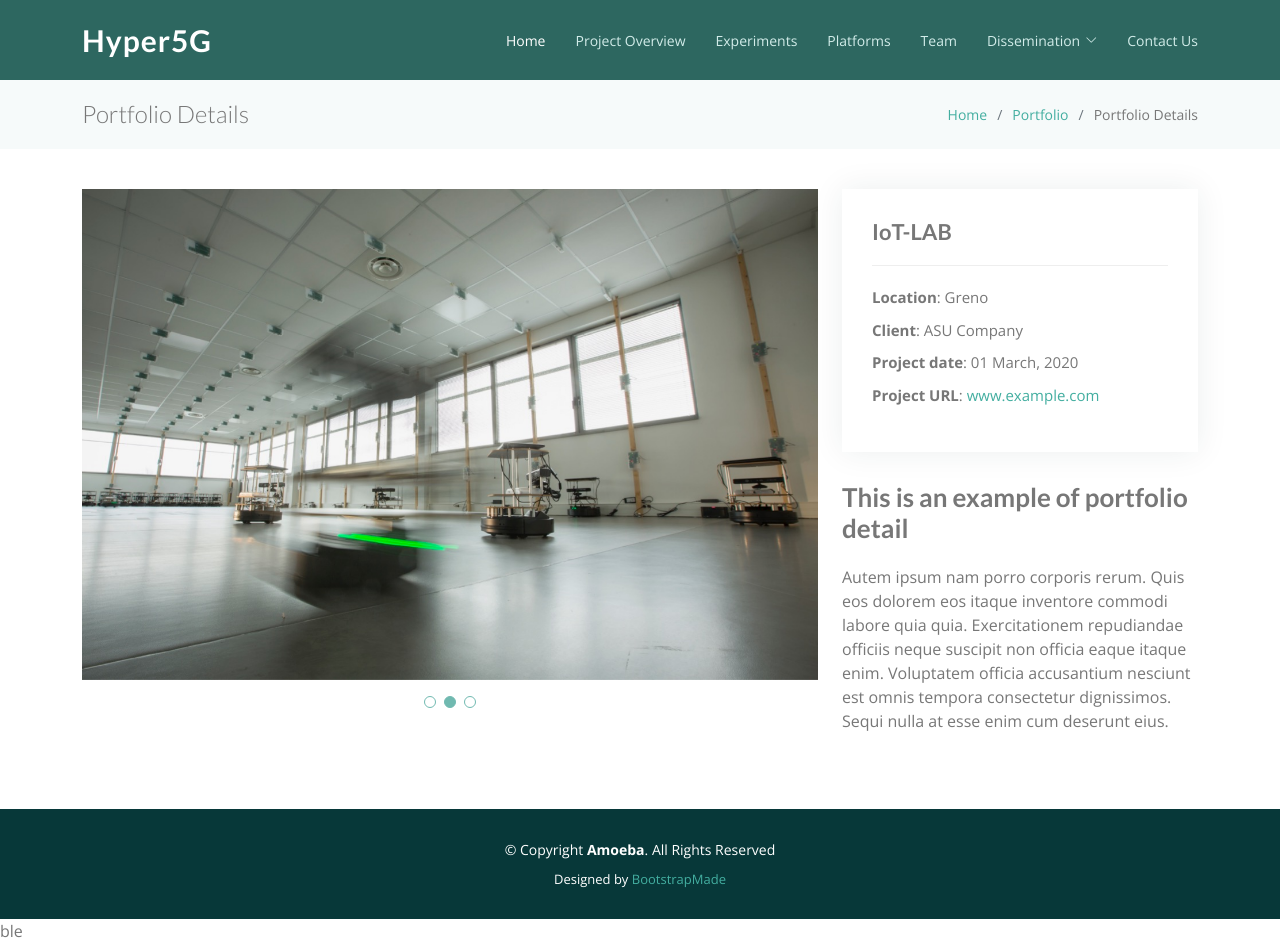
Repository: hakiri/Hyper5G
Page: portfolio-details.html
The author's editor kept a copy of each file at every save. The page is drawn from the files as they stood at one save, then again after the next save.
The browser window is 1280 px wide. The pictures show the whole page.

Above is the page before, as saved 2022-07-23 15:26:25.

### portfolio-details.html
<!DOCTYPE html>
<html lang="en">

<head>
    <meta charset="utf-8">
    <meta content="width=device-width, initial-scale=1.0" name="viewport">

    <title>Hyper5G</title>
    <meta content="" name="description">
    <meta content="" name="keywords">

    <!-- Favicons -->
    <link href="assets/img/favicon.png" rel="icon">
    <link href="assets/img/apple-touch-icon.png" rel="apple-touch-icon">

    <!-- Google Fonts -->
    <link href="https://fonts.googleapis.com/css?family=Open+Sans:300,300i,400,400i,600,600i,700,700i|Lato:400,300,700,900" rel="stylesheet">

    <!-- Vendor CSS Files -->
    <link href="assets/vendor/bootstrap/css/bootstrap.min.css" rel="stylesheet">
    <link href="assets/vendor/bootstrap-icons/bootstrap-icons.css" rel="stylesheet">
    <link href="assets/vendor/glightbox/css/glightbox.min.css" rel="stylesheet">
    <link href="assets/vendor/swiper/swiper-bundle.min.css" rel="stylesheet">

    <!-- Template Main CSS File -->
    <link href="assets/css/style.css" rel="stylesheet">

    <!-- =======================================================
  * Template Name: Amoeba - v4.7.0
  * Template URL: https://bootstrapmade.com/free-one-page-bootstrap-template-amoeba/
  * Author: BootstrapMade.com
  * License: https://bootstrapmade.com/license/
  ======================================================== -->
</head>

<body>

    <!-- ======= Header ======= -->
    <header id="header" class="fixed-top d-flex align-items-center">
        <div class="container d-flex align-items-center">

            <div class="logo me-auto">
                <h1><a href="index.html">Hyper5G</a></h1>
                <!-- Uncomment below if you prefer to use an image logo -->
                <!-- <a href="index.html"><img src="assets/img/logo.png" alt="" class="img-fluid"></a>-->
            </div>

            <nav id="navbar" class="navbar">
                <ul>
                    <li><a class="nav-link scrollto active" href="#hero">Home</a></li>
                    <li><a class="nav-link scrollto" href="#about">Project Overview</a></li>
                    <li><a class="nav-link scrollto" href="#services">Experiments</a></li>
                    <li><a class="nav-link scrollto" href="#portfolio">Platforms</a></li>
                    <li><a class="nav-link scrollto" href="#team">Team</a></li>
                    <li class="dropdown"><a href="#"><span>Dissemination</span> <i class="bi bi-chevron-down"></i></a>
                        <ul>
                            <li><a href="#">Delivrables</a></li>
                            <!-- <li class="dropdown"><a href="#"><span>Deep Drop Down</span> <i class="bi bi-chevron-right"></i></a>
                                <ul>
                                    <li><a href="#">Deep Drop Down 1</a></li>
                                    <li><a href="#">Deep Drop Down 2</a></li>
                                    <li><a href="#">Deep Drop Down 3</a></li>
                                    <li><a href="#">Deep Drop Down 4</a></li>
                                    <li><a href="#">Deep Drop Down 5</a></li>
                                </ul>
                            </li> -->
                            <li><a href="#">Publications</a></li>
                            <li><a href="#">Multimedia</a></li>
                            <li><a href="#">Outreach</a></li>
                        </ul>
                    </li>
                    <li><a class="nav-link scrollto" href="#contact">Contact Us</a></li>
                </ul>
                <i class="bi bi-list mobile-nav-toggle"></i>
            </nav>
            <!-- .navbar -->

        </div>
    </header>
    <!-- End #header -->

    <main id="main">

        <!-- ======= Breadcrumbs ======= -->
        <section class="breadcrumbs">
            <div class="container">

                <div class="d-flex justify-content-between align-items-center">
                    <h2>Portfolio Details</h2>
                    <ol>
                        <li><a href="index.html">Home</a></li>
                        <li><a href="portfolio.html">Portfolio</a></li>
                        <li>Portfolio Details</li>
                    </ol>
                </div>

            </div>
        </section>
        <!-- Breadcrumbs -->

        <!-- ======= Portfolio Details Section ======= -->
        <section id="portfolio-details" class="portfolio-details">
            <div class="container">

                <div class="row gy-4">

                    <div class="col-lg-8">
                        <div class="portfolio-details-slider swiper">
                            <div class="swiper-wrapper align-items-center">

                                <div class="swiper-slide">
                                    <img src="assets/img/portfolio/fit-Grenoble.jpg" alt="">
                                </div>

                                <div class="swiper-slide">
                                    <img src="assets/img/portfolio/fit-lille-3.jpg" alt="">
                                </div>

                                <div class="swiper-slide">
                                    <img src="assets/img/portfolio/fit-rob-strasb.jpg" alt="">
                                </div>

                            </div>
                            <div class="swiper-pagination"></div>
                        </div>
                    </div>

                    <div class="col-lg-4">
                        <div class="portfolio-info">
                            <h3>IoT-LAB</h3>
                            <ul>
                                <li><strong>Location</strong>: Greno</li>
                                <li><strong>Client</strong>: ASU Company</li>
                                <li><strong>Project date</strong>: 01 March, 2020</li>
                                <li><strong>Project URL</strong>: <a href="#">www.example.com</a></li>
                            </ul>
                        </div>
                        <div class="portfolio-description">
                            <h2>This is an example of portfolio detail</h2>
                            <p>
                                Autem ipsum nam porro corporis rerum. Quis eos dolorem eos itaque inventore commodi labore quia quia. Exercitationem repudiandae officiis neque suscipit non officia eaque itaque enim. Voluptatem officia accusantium nesciunt est omnis tempora consectetur
                                dignissimos. Sequi nulla at esse enim cum deserunt eius.
                            </p>
                        </div>
                    </div>

                </div>

            </div>
        </section>
        <!-- End Portfolio Details Section -->

    </main>
    <!-- End #main -->

    <!-- ======= Footer ======= -->
    <footer id="footer">
        <div class="container">
            <div class="copyright">
                &copy; Copyright <strong><span>Amoeba</span></strong>. All Rights Reserved
            </div>
            <div class="credits">
                <!-- All the links in the footer should remain intact. -->
                <!-- You can delete the links only if you purchased the pro version. -->
                <!-- Licensing information: https://bootstrapmade.com/license/ -->
                <!-- Purchase the pro version with working PHP/AJAX contact form: https://bootstrapmade.com/free-one-page-bootstrap-template-amoeba/ -->
                Designed by <a href="https://bootstrapmade.com/">BootstrapMade</a>
            </div>
        </div>
    </footer>
    <!-- End #footer -->

    <a href="#" class="back-to-top d-flex align-items-center justify-content-center"><i class="bi bi-arrow-up-short"></i></a>

    <!-- Vendor JS Files -->
    <script src="assets/vendor/bootstrap/js/bootstrap.bundle.min.js"></script>
    <script src="assets/vendor/glightbox/js/glightbox.min.js"></script>
    <script src="assets/vendor/isotope-layout/isotope.pkgd.min.js"></script>
    <script src="assets/vendor/swiper/swiper-bundle.min.js"></script>
    <script src="assets/vendor/php-email-form/validate.js"></script>

    <!-- Template Main JS File -->
    <script src="assets/js/main.js"></script>

</body>

</html>ble

Loaded but not shown: assets/vendor/bootstrap/css/bootstrap.min.css (library); assets/vendor/bootstrap-icons/bootstrap-icons.css (library); assets/vendor/glightbox/css/glightbox.min.css (library); assets/vendor/swiper/swiper-bundle.min.css (library); assets/vendor/bootstrap/js/bootstrap.bundle.min.js (library); assets/vendor/glightbox/js/glightbox.min.js (library); assets/vendor/isotope-layout/isotope.pkgd.min.js (library); assets/vendor/swiper/swiper-bundle.min.js (library); assets/vendor/php-email-form/validate.js (common file); assets/js/main.js (212 lines, source omitted); assets/css/style.css (906 lines, source omitted)

After the next save:
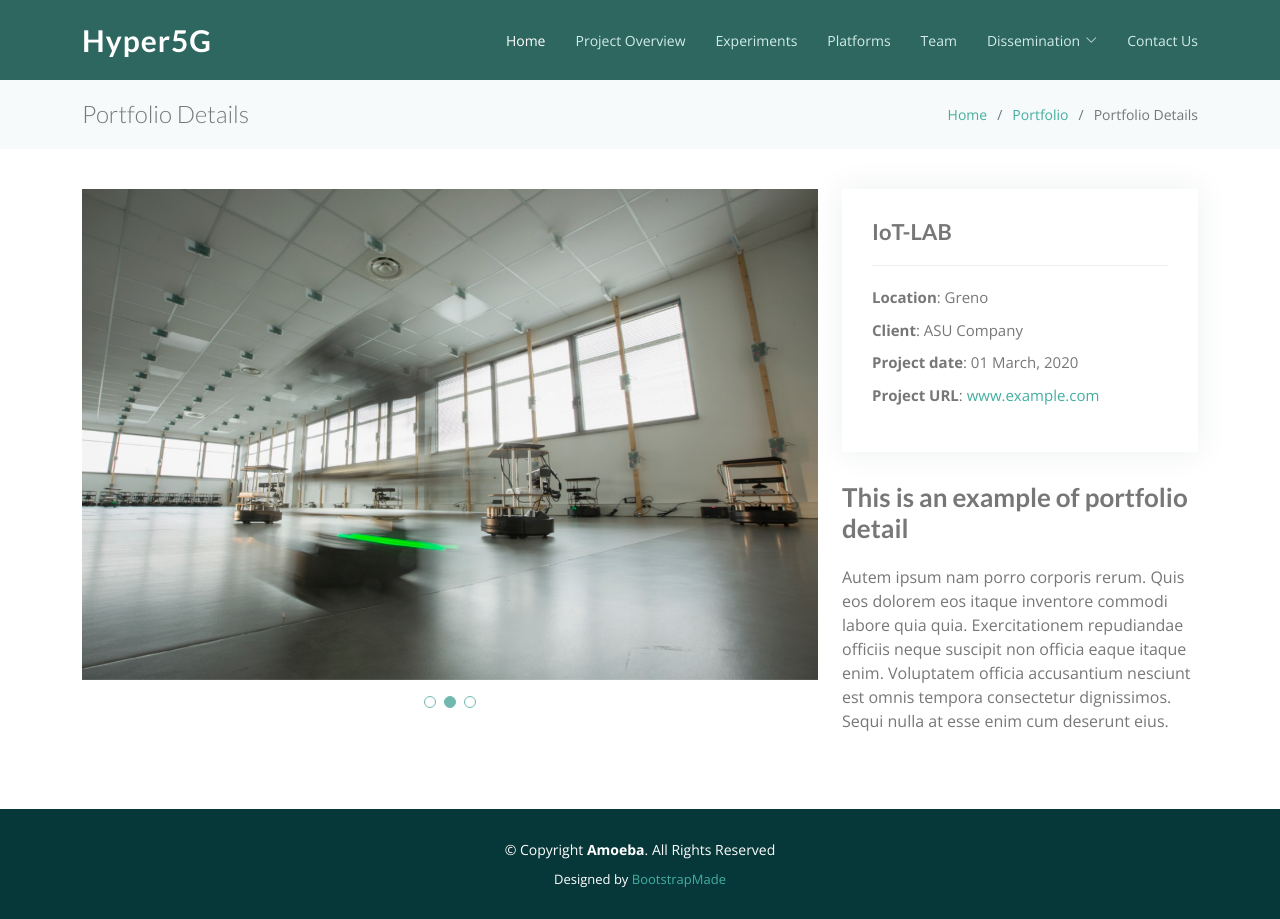
Saved 5 s later.
--- a/portfolio-details.html
+++ b/portfolio-details.html
@@ -184,4 +184,4 @@
 
 </body>
 
-</html>ble
+</html>
